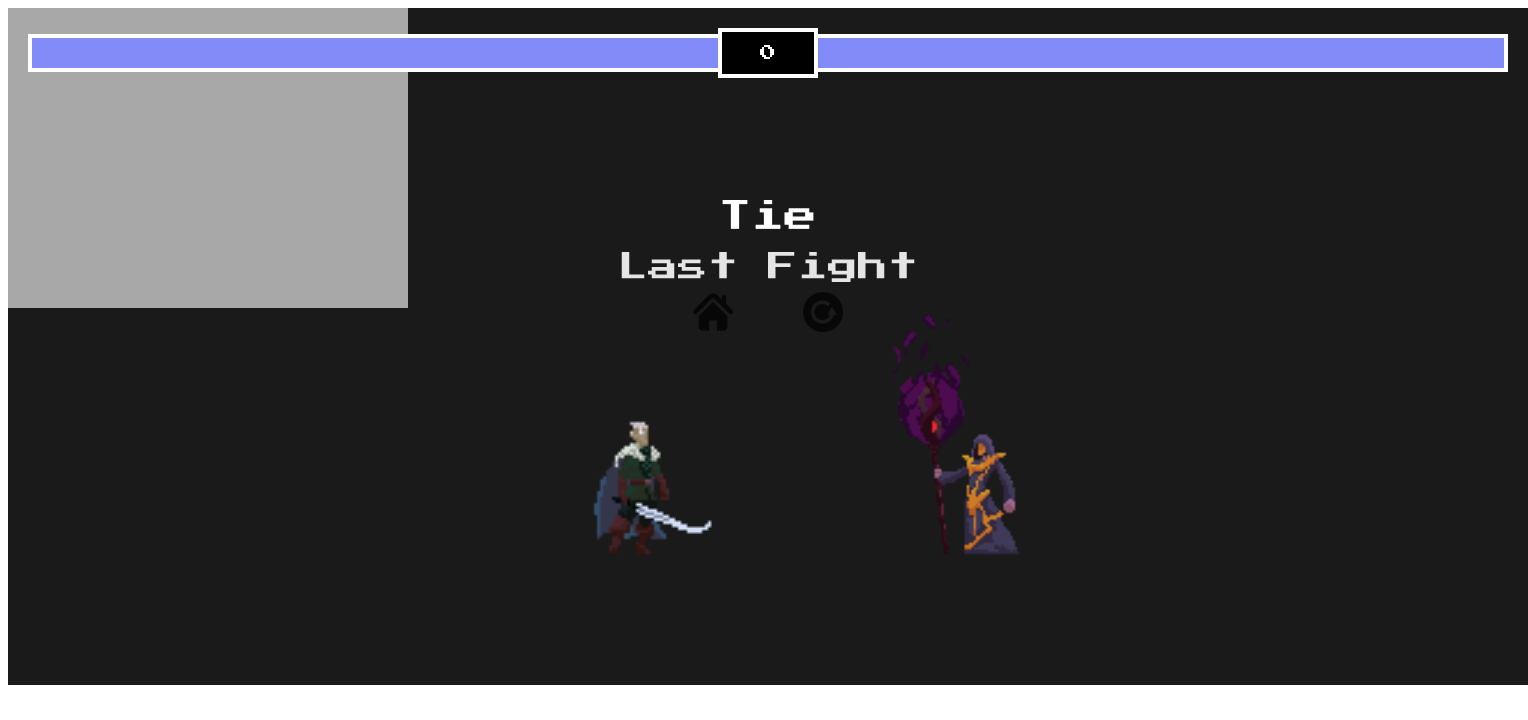
Repository: Gaurav31052/Fighting-game
Page: index.html
The author's editor kept a copy of each file at every save. The page is drawn from the files as they stood at one save, then again after the next save.
The browser window is 1280 px wide. The page is 1528 px wide, so the pictures cover 1528 px, including what lies to the right of the window. The pictures show the whole page.
Some web libraries are served in a nearby version.

Above is the page before, as saved 2024-05-30 23:13:35.

After the next save:
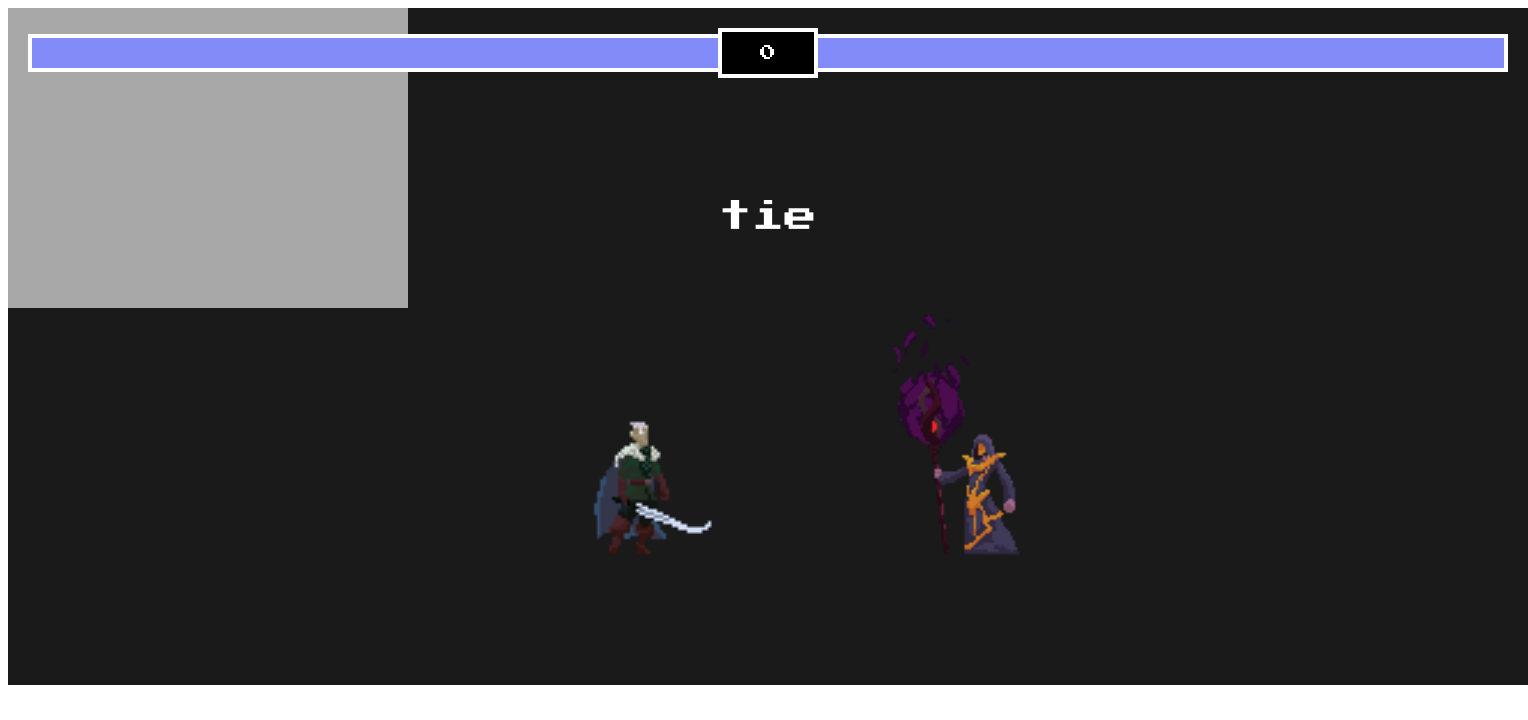
Console error: TypeError: Cannot read properties of null (reading 'style')
Saved 34 s later.
--- a/index.html
+++ b/index.html
@@ -55,7 +55,7 @@
         right: 0; left: 0; bottom: 160; font-size: 30px; display: none; opacity: 0; animation: fadeIn 5s forwards; "></div>
 
 
-        <div id="displayText4" style="position: absolute; color: white; display: flex; align-items: center; justify-content: center; top: 0; right: 0; left: 110; bottom: 70; font-size: 30px; display: none; opacity: 0; animation: fadeIn 7s forwards; "><a href="#"><img class="image1" src="./img/replay.png" alt="home" ></a></div>
+        <!-- <div id="displayText4" style="position: absolute; color: white; display: flex; align-items: center; justify-content: center; top: 0; right: 0; left: 110; bottom: 70; font-size: 30px; display: none; opacity: 0; animation: fadeIn 7s forwards; "><a href="#"><img class="image1" src="./img/replay.png" alt="home" ></a></div> -->
         <div id="displayText5" style="position: absolute; color: white; display: flex; align-items: center; justify-content: center; top: 0;
         right:110; left: 0; bottom: 70; font-size: 30px; display: none; opacity: 0; animation: fadeIn 7s forwards; "><a href="./home.html"><img class="image1" src="./img/home icon.png" alt="home" ></a></div>
 

After the 3 saves that followed:
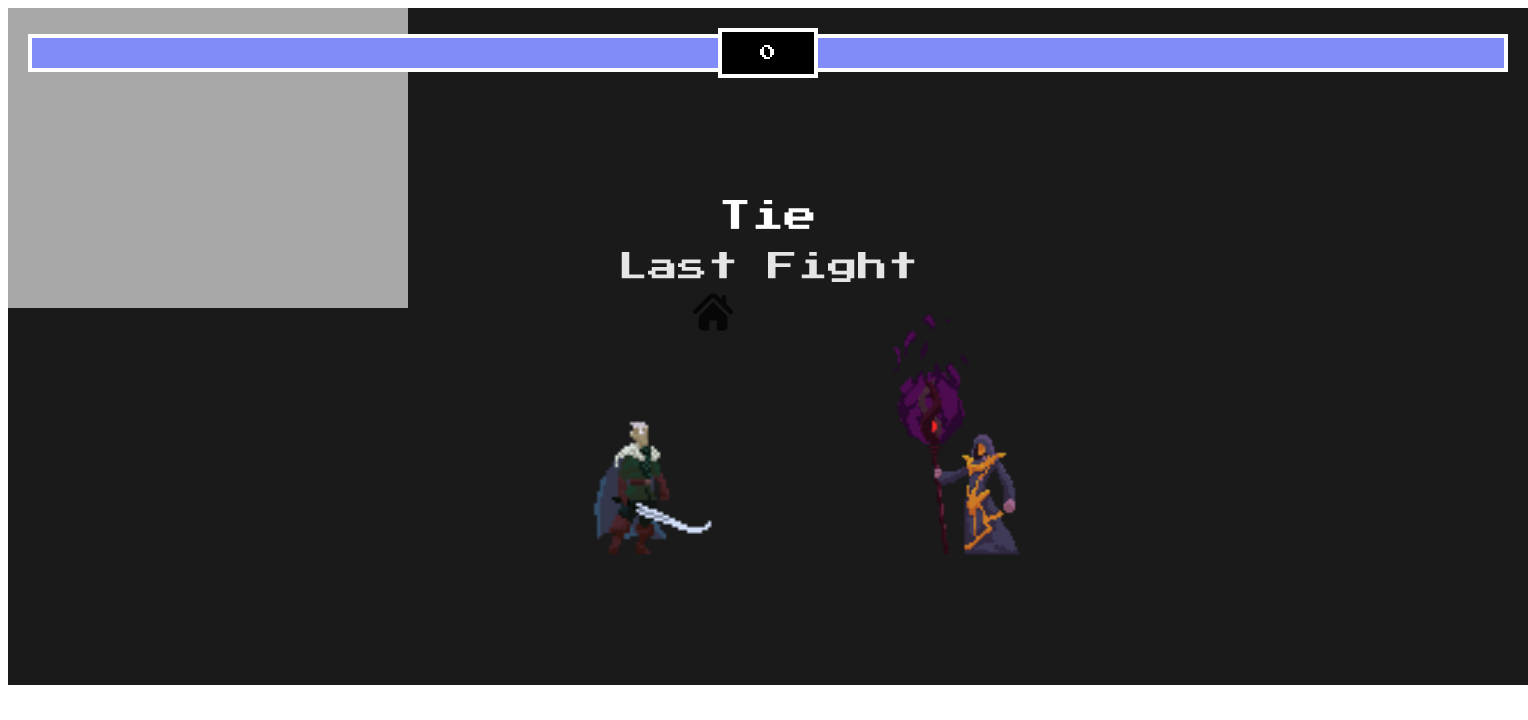
The error is gone.
The 3 saves are shown as one change because 1 left the picture as it was and some came seconds apart.
The last was saved 27 s later.
--- a/index.html
+++ b/index.html
@@ -57,7 +57,7 @@
 
         <!-- <div id="displayText4" style="position: absolute; color: white; display: flex; align-items: center; justify-content: center; top: 0; right: 0; left: 110; bottom: 70; font-size: 30px; display: none; opacity: 0; animation: fadeIn 7s forwards; "><a href="#"><img class="image1" src="./img/replay.png" alt="home" ></a></div> -->
         <div id="displayText5" style="position: absolute; color: white; display: flex; align-items: center; justify-content: center; top: 0;
-        right:110; left: 0; bottom: 70; font-size: 30px; display: none; opacity: 0; animation: fadeIn 7s forwards; "><a href="./home.html"><img class="image1" src="./img/home icon.png" alt="home" ></a></div>
+        right:110; left: 0; bottom: 70; font-size: 30px; display: none; opacity: 0; animation: fadeIn 7s forwards; "><a href="./index.html"><img class="image1" src="./img/home icon.png" alt="home" ></a></div>
 
 
 
--- a/JS/utils.js
+++ b/JS/utils.js
@@ -6,7 +6,7 @@ function determineWinner({ player, enemy, timerId }) {
     clearTimeout(timerId)
     document.querySelector('#displayText').style.display = 'flex'
     document.querySelector('#displayText2').style.display = 'flex'
-    document.querySelector('#displayText4').style.display = 'flex'
+    // document.querySelector('#displayText4').style.display = 'flex'
     document.querySelector('#displayText5').style.display = 'flex'
     if (player.health === enemy.health) {
         game_sound.pause();
